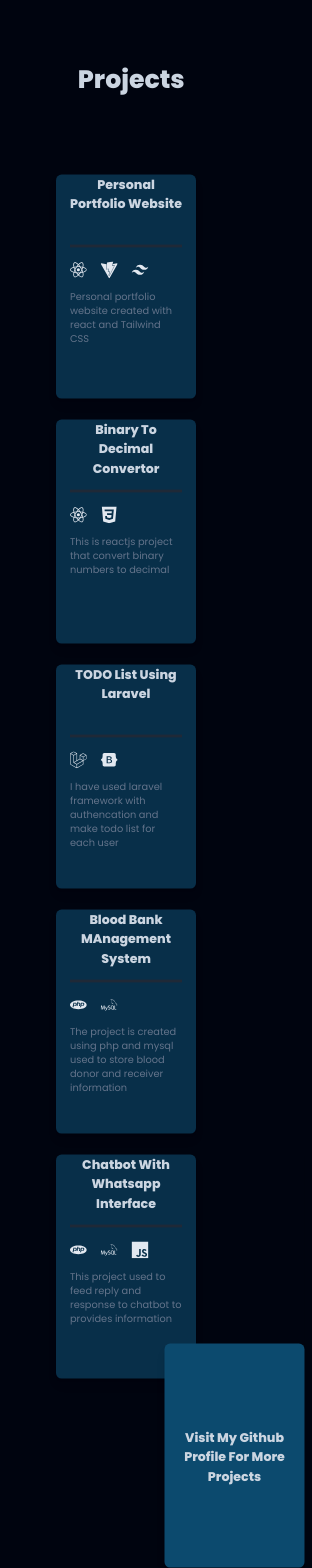
Repository: sibi24sibi/MyPersonalPortfolio
Page: /
The author's editor kept a copy of each file at every save. The page is drawn from the files as they stood at one save, then again after the next save.
The browser window is 375 px wide. The page is 435 px wide, then 445 px, so the pictures cover 445 px, including what lies to the right of the window. The pictures show the part of the page from y = 1978 to 4218 px (the page is 5326 px tall), at 70% of full size.
The project was rebuilt for these pictures with package versions that can differ from the ones it lists, and the page was loaded fresh each time. Also part of the build but not shown: vite.config.js, src/components/Menu.jsx, src/components/Footer.jsx.

Above is the page before, as saved 2024-05-03 20:22:40.

After the next save:
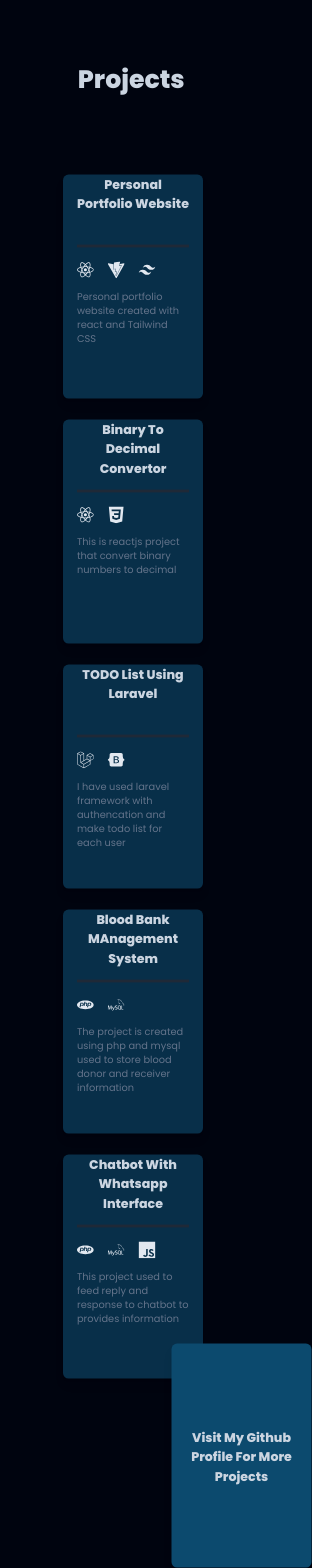
Saved 4 s later.
--- a/src/components/proj_style.css
+++ b/src/components/proj_style.css
@@ -29,7 +29,7 @@
 
   .card {
     position:relative;
-    left:70px;
+    left:80px;
     padding-bottom:unset;
     top: 0px;
     margin:10px;
